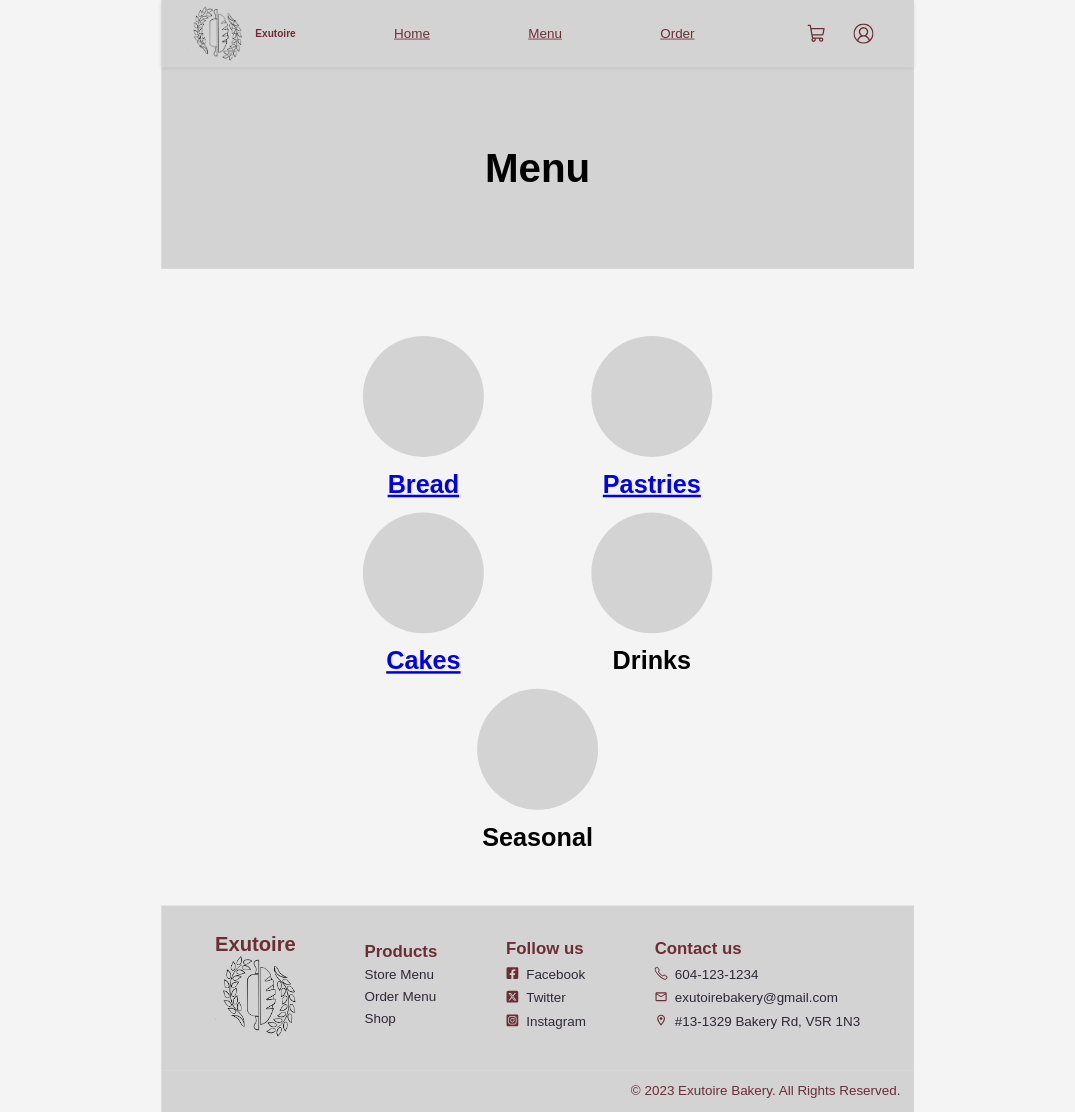
Repository: MelissaJacobi/COMP3170-final-proj
Page: /menu
The author's editor kept a copy of each file at every save. The page is drawn from the files as they stood at one save, then again after the next save.
The browser window is 1280 px wide. The pictures show the whole page, at 84% of full size.
The project was rebuilt for these pictures with package versions that can differ from the ones it lists, and the page was loaded fresh each time. Also part of the build but not shown: vite.config.js, src/pages/Home.module.css, src/components/Carousel.module.css, src/components/Carousel.tsx, src/components/Vision.module.css, src/components/Vision.tsx, src/components/MenuGallery.tsx, src/pages/Home.jsx and 6 more.

Above is the page before, as saved 2024-10-07 20:13:28.

### src/main.jsx
import { StrictMode } from 'react'
import { createRoot } from 'react-dom/client'
import App from './App.jsx'
import './index.css'

const rootElement = document.getElementById('root');
if (rootElement) {
  createRoot(rootElement).render(
    <StrictMode>
      <App />
    </StrictMode>
  );
}

### src/App.jsx
// src/App.jsx

import { BrowserRouter as Router, Routes, Route } from 'react-router-dom';
import styles from './App.module.css';
import Header from './components/Header';
import Footer from './components/Footer';
import Home from './pages/Home';
import Menu from './pages/menu';
import Bread from './pages/Bread';
import Pastries from './pages/Pastries';
import Cakes from './pages/Cakes';

function App() {
  return (
    <Router>
      <div className={styles.appContainer}>
        <Header />
        <Routes>
          <Route path="/" element={<Home />} />
          <Route path="/menu" element={<Menu />} />
          <Route path="/menu/bread" element={<Bread />} />
          <Route path="/menu/pastries" element={<Pastries />} />
          <Route path="/menu/cakes" element={<Cakes />} />
        </Routes>
        <Footer />
      </div>
    </Router>
  );
}

export default App;

### src/index.css
* {
  margin: 0;
  padding: 0;
  box-sizing: border-box;
}

body {
  font-family: Arial, sans-serif;
  line-height: 1.6;
  background-color: #f4f4f4;
}

:root {
  --primary-color: lightgrey;
  --secondary-color: lightblue;
  --accent-color: #6A2E35;
  --background-color: white;
  --text-color: #2E2836;
}

### src/App.module.css
.appContainer {
    width: 70%;
    height: 100%;
    margin: auto;
}

### src/components/Header.tsx
// Header.tsx
import { Link } from 'react-router-dom';
import styles from './Header.module.css';
import logo from "../assets/images/logo.png";
import { PiShoppingCart } from "react-icons/pi";
import { VscAccount } from "react-icons/vsc";

export default function Header() {
  return (
    <div className={styles.container}>
      <div>
        <img src={logo} alt="Logo" className={styles.logo} />
        <p className={styles.siteTitle}>Exutoire</p>
      </div>
      <Link to="/" className={styles.links}>Home</Link>
      <Link to="/Menu" className={styles.links}>Menu</Link>
      <Link to="/order" className={styles.links}>Order</Link>
      <div>
        <PiShoppingCart className={styles.icon} />
        <VscAccount className={styles.icon} />
      </div>
    </div>
  );
}

### src/components/Footer.tsx
import logo from "../assets/images/logo.png"
import styles from "./Footer.module.css"
import { FaFacebookSquare } from "react-icons/fa";
import { FaSquareXTwitter } from "react-icons/fa6";
import { FaInstagramSquare } from "react-icons/fa";
import { SlPhone } from "react-icons/sl";
import { MdOutlineMailOutline } from "react-icons/md";
import { MdOutlineLocationOn } from "react-icons/md";

export default function Footer() {

  return (
    <>
      <div className={styles.container}>
        <div>
            <p className={styles.siteTitle}>Exutoire</p>
            <img src={logo} alt="Logo" className={styles.logo}/>
        </div>
        <ul>
          <p>Products</p>
          <li>Store Menu</li>
          <li>Order Menu</li>
          <li>Shop</li>
        </ul>
        <ul>
          <p>Follow us</p>
          <li><FaFacebookSquare className={styles.socialIcon}/>Facebook</li>
          <li><FaSquareXTwitter className={styles.socialIcon}/>Twitter</li>
          <li><FaInstagramSquare className={styles.socialIcon}/>Instagram</li>
        </ul>
        <ul>
          <p>Contact us</p>
          <li><SlPhone  className={styles.socialIcon}/>604-123-1234</li>
          <li><MdOutlineMailOutline className={styles.socialIcon}/>exutoirebakery@gmail.com</li>
          <li><MdOutlineLocationOn className={styles.socialIcon}/>#13-1329 Bakery Rd, V5R 1N3</li>
        </ul>
      </div>
      <p className={styles.copywrite}>© 2023 Exutoire Bakery.  All Rights Reserved.</p>
    </>
  )
}

### src/pages/Menu.jsx
import { Link } from 'react-router-dom';
import styles from './Menu.module.css';

export default function Menu() {
  return (
    <div className={styles.container}>
      <div className={styles.banner}>
        <h1>Menu</h1>
      </div>
      <div className={styles.options}>
        <div className={styles.option}>
          <Link to="/menu/bread">
            <div></div>
            <h2>Bread</h2>
          </Link>
        </div>
        <div className={styles.option}>
          <Link to="/menu/pastries">
            <div></div>
            <h2>Pastries</h2>
          </Link>
        </div>
        <div className={styles.option}>
          <Link to="/menu/cakes">
            <div></div>
            <h2>Cakes</h2>
          </Link>
        </div>
        <div className={styles.option}>
          <div></div>
          <h2>Drinks</h2>
        </div>
        <div className={styles.option}>
          <div></div>
          <h2>Seasonal</h2>
        </div>
      </div>
    </div>
  );
}

### src/components/Header.module.css
.container {
    background-color: var(--primary-color);
    width: 100%;
    height: 5rem;
    display: flex;
    align-items: center;
    justify-content: space-between;
    padding: 2rem;
    position: sticky;
    top: 0;
    z-index: 1000;
    box-shadow: 0 2px 4px rgba(0, 0, 0, 0.1);
}

.logo {
    height: 4rem;
    width: 4rem;
}

.siteTitle {
    font-size: 12px;
    font-style: normal;
    font-weight: 700;
    line-height: normal;
    margin-left: 1rem;
    color: var(--accent-color)
}

.container div {
    display: flex;
    align-items: center;
}

.links {
    font-size: 16px;
    font-style: normal;
    font-weight: 400;
    line-height: normal;
    color: var(--accent-color)
}

.icon {
    height: 1.5rem;
    width: 1.5rem;
    margin: 1rem;
    color: var(--accent-color)
}

### src/components/Footer.module.css
.container {
    background-color: var(--primary-color);
    height: 100%;
    width: 100%;
    display: flex;
    align-items: center;
    justify-content: space-between;
    padding: 2rem 4rem;
}

.container div{
    text-align: center;
}

.logo {
    width: 6rem;
    height: 6rem;
}

.siteTitle {
    font-size: 24px;
    font-style: normal;
    font-weight: 700;
    line-height: normal;
    color: var(--accent-color)
}

.container ul p {
    color: var(--accent-color);
    font-size: 20px;
    font-style: normal;
    font-weight: 700;
    line-height: normal;
}

.container ul li {
    font-size: 16px;
    font-style: normal;
    font-weight: 400;
    line-height: normal;
    margin: 0.5rem 0rem;
    padding: 0;
    list-style-type: none;
    color: var(--text-color)
}

.socialIcon {
    transform: translateY(0.1rem);
    color: var(--accent-color);
    margin-right: 0.5rem;
}

.copywrite {
    width: 100%;
    text-align: right;
    padding: 1rem;
    font-size: 16px;
    font-style: normal;
    font-weight: 400;
    line-height: normal;
    color: var(--accent-color);
    background-color: var(--primary-color);
}

### src/pages/Menu.module.css
.container {
    width: 100%;
}

.banner {
    width: 100%;
    height: 15rem;
    display: flex;
    justify-content: center;
    align-items: center;
    background-color: var(--primary-color);
}

.container h1 {
    font-size: 48px;
    font-style: normal;
    font-weight: 700;
    line-height: normal;
}

.options {
    display: flex;
    flex-wrap: wrap;
    justify-content: center;
    padding: 4rem;
}

.option div {
    width: 9rem;
    height: 9rem;
    border-radius: 50%;
    background-color: var(--primary-color);
    margin: 1rem 4rem;
}

### src/components/MenuGallery.module.css
.container {
    display: flex;
    flex-direction: column;
    align-items: center;
    justify-content: center;
    height: 100%;
}

h2 {
    font-size: 30px;
    font-style: normal;
    font-weight: 700;
    line-height: normal;
    text-align: center;
    margin: 0;
}

.gallery {
    width: 100%;
    margin-top: 1rem;
    display: flex;
    justify-content: space-around;
    flex-wrap: wrap;
    height: 100%;
    padding: 1rem 7rem;
}

.galleryItem {
    height: 15rem;
    width: 15rem;
    background-color: var(--primary-color);
    display: flex;
    justify-content: center;
    margin: 1rem;
}

Loaded but not shown: index.html (common file)

After the next save:
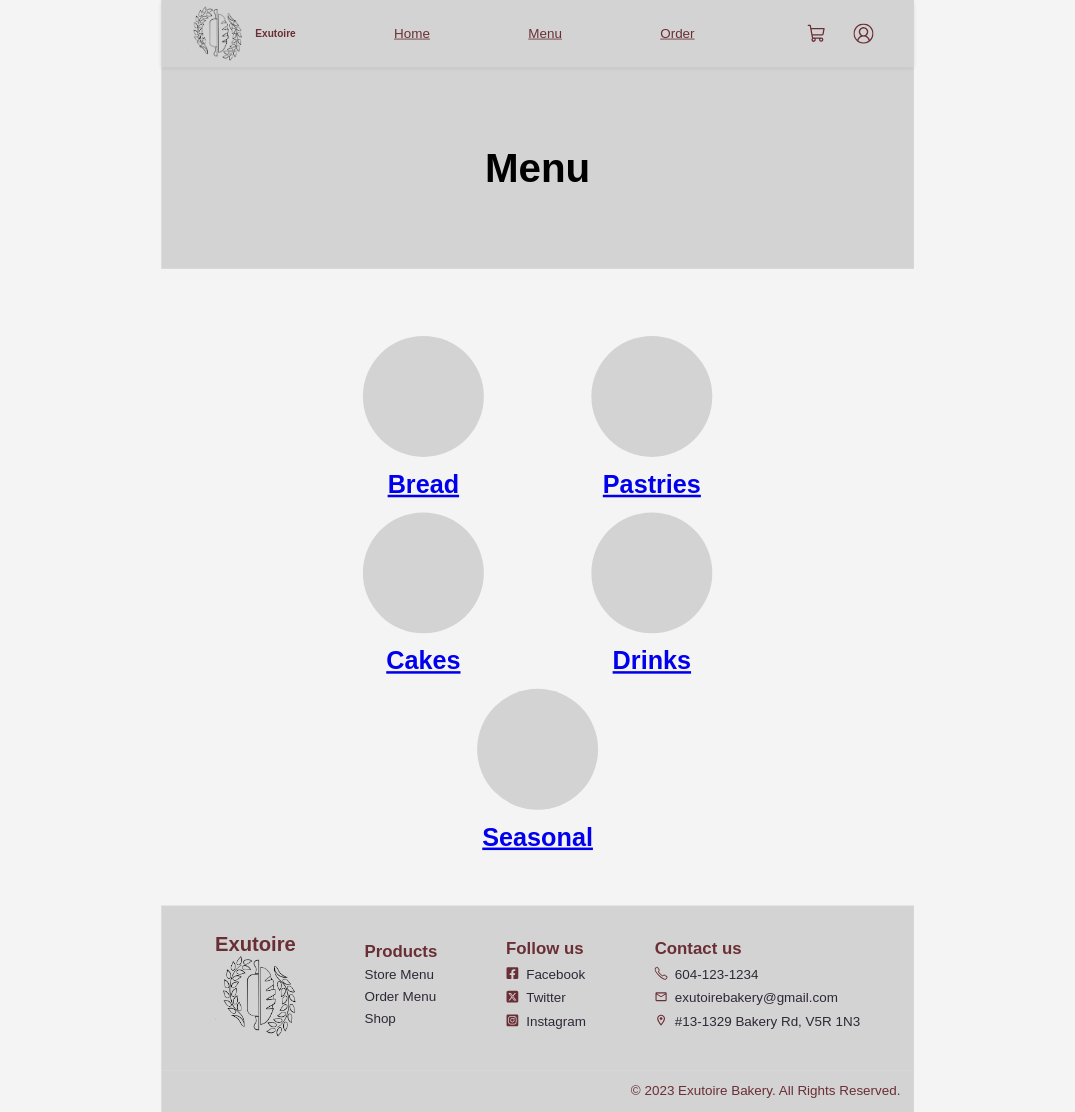
Saved 34 s later.
--- a/src/pages/Menu.jsx
+++ b/src/pages/Menu.jsx
@@ -27,12 +27,16 @@ export default function Menu() {
           </Link>
         </div>
         <div className={styles.option}>
-          <div></div>
-          <h2>Drinks</h2>
+          <Link to="/menu/drinks">
+            <div></div>
+            <h2>Drinks</h2>
+          </Link>
         </div>
         <div className={styles.option}>
-          <div></div>
-          <h2>Seasonal</h2>
+          <Link to="/menu/seasonal">
+            <div></div>
+            <h2>Seasonal</h2>
+          </Link>
         </div>
       </div>
     </div>
